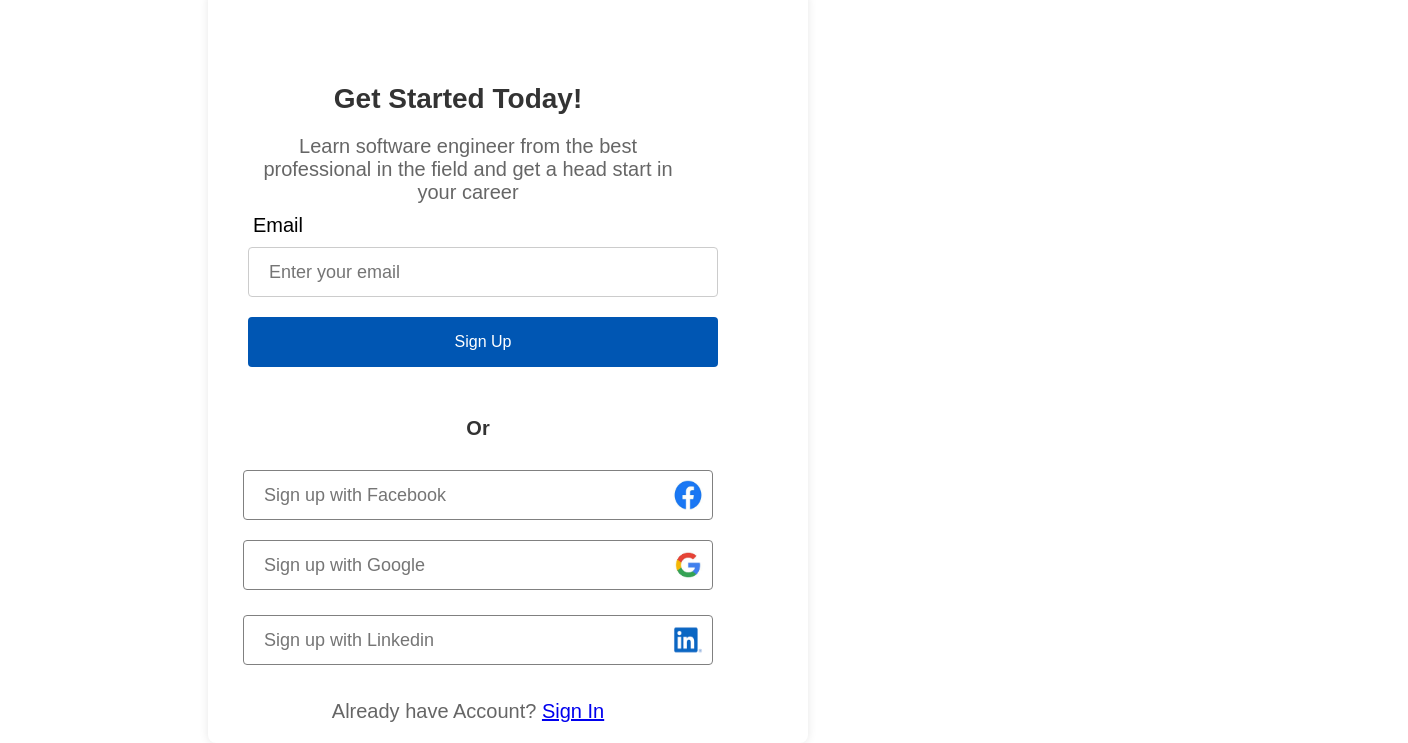
Repository: Femi007-gh/LOGIN-INTERFACE
Page: index.html
An editor plug-in stored every save of this project. The page is shown before and after the next save, followed by the edit.
The browser window is 1280 px wide. The page is 1408 px wide, so the pictures cover 1408 px, including what lies to the right of the window. The pictures show the whole page.

Above is the page before, as saved 2025-01-22 15:57:07.

### index.html
<html>
  <head>
    <title></title>
    <link rel="stylesheet" href="style.css">
  </head>
  <body>
    <div class="container">
      <div class="left-session">
        <div class="form-container">
          <h1>Get Started Today!</h1>
          <p>Learn software engineer from the best professional in the field and get a head start in your career</p>
          <form>
            <div class="inter-group">
              <p class="red">Email</p>
              <input placeholder="Enter your email" class="email">
            </div>
           <button class="primary-btn" type="submit">
              Sign Up
            </button>
            </form>
            <p class="divider">Or</p>
            <div class="social-buttons">
              <input placeholder="Sign up with Facebook" class="sign">
              <img class="face" src="facebook.jpeg">
              <input placeholder="Sign up with Google" class="sign">
              <img class="go" src="google.webp">
              <input placeholder="Sign up with Linkedin" class="sign">
              <img class="link" src="linked.png">
              <p class="pet">Already have Account? <a href="#">Sign In</a>
      </div>
    </div>
  </body>
</html>

### style.css
body {
  font-family: Arial, sans-serif;
  display: flex;
  justify-content: center;
  align-items: center;
  height: 100vh;
  width: 1000px;
}

.container {
  display: flex;
  width: 600px;
  height: 750px;
  background-color: white;
  border-radius: 8px;
  box-shadow: 0 0 10px rgba(0, 0, 0, 0.1);
}

.left-session {
  flex: 1;
  padding: 40px;
  display: flex;
  flex-direction: column;
  justify-content: center;
}

.form-container {
  text-align: center;
}

h1 {
  font-size: 28px;
  margin-bottom: 20px;
  color: #333;
  margin-right: 700px;
  margin-top: 80px;
}

p {
  margin: 10px 0;
  color: #666;
}



.input-wrapper {
  position: relative;
}

 .email {
  width: 470px;
  height: 50px;
  border: 1px solid #ccc;
  border-radius: 4px;
  margin-bottom: 20px;
  padding-left: 20px;
  font-size: 18px;
  margin-right: 650px;
}


.primary-btn {
  background-color: #0056b3;
  color: white;
  border: none;
  padding: 12px 20px;
  border-radius: 4px;
  cursor: pointer;
  font-size: 16px;
  width: 470px;
  display: flex;
  align-items: center;
  justify-content: center;
  transition: background-color 0.3s ease;
  margin-bottom: 50px;
  margin-right: 4x0px;
  height: 50px;
}

.primary-btn:hover {
  background-color: #004494;
}

.divider {
  text-align: center;
  font-weight: bold;
  margin: 20px 0;
  color: #333;
  margin-bottom: 30px;
  margin-right: 660px;
}

 .sign {
  width: 470px;
  height: 50px;
  border: 1px solid grey;
  border-radius: 4px;
  margin-bottom: 20px;
  padding-left: 20px;
  font-size: 18px;
  margin-left: -5px;
}

.social-buttons {
  display: flex;
  flex-direction: column;
  gap: 30px;
}

.social-buttons .input-wrapper {
  background-color: transparent;
}

.center-text {
  text-align: center;
  margin-top: 20px;
  color: #333;
}

.center-text a {
  color: #0056b3;
  text-decoration: none;
  font-weight: bold;
}

.center-text a:hover {
  text-decoration: underline;
}

.pet, p {
  font-size: 20px;
  margin-right: 680px;
}

.face {
   height: 30px;
   width: 30px;
   margin-left: 425px;
   margin-top: -90px;
}


.go {
  height: 40px;
  width: 40px;
  margin-left: 420px;
  margin-top: -95px;
}

.link {
  height: 40px;
  width: 40px;
  margin-left: 420px;
  margin-top: -95px;
}

.red {
  margin-left: -380px;
  color: black;
}

After the next save:
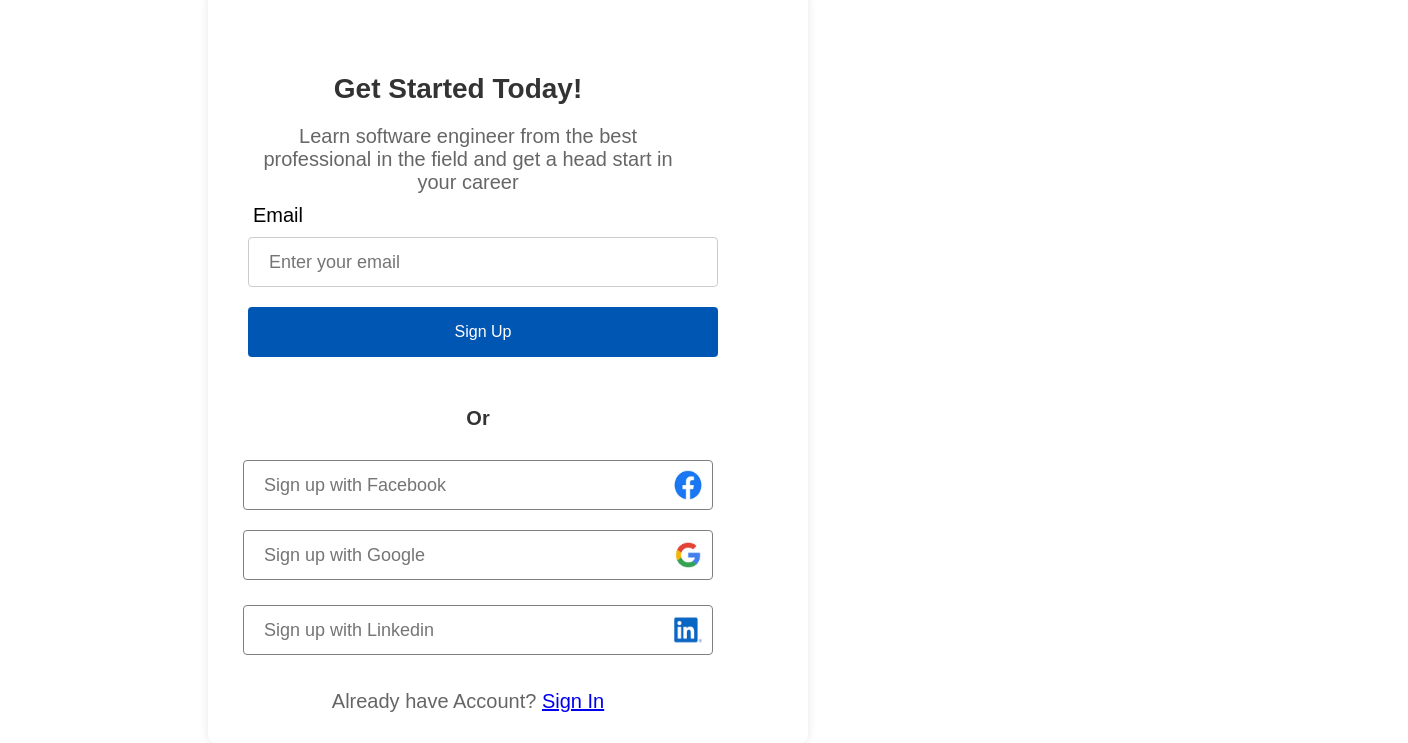
Saved 6 s later.
--- a/style.css
+++ b/style.css
@@ -33,7 +33,7 @@ h1 {
   margin-bottom: 20px;
   color: #333;
   margin-right: 700px;
-  margin-top: 80px;
+  margin-top: 60px;
 }
 
 p {
